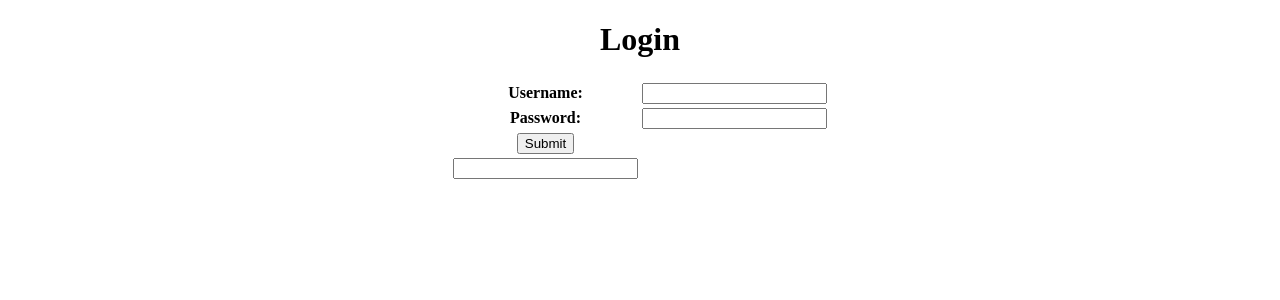
Repository: Sourabhmag/week-5
Page: http://localhost/LoginApp/login.jsp
The author's editor kept a copy of each file at every save. The page is drawn from the files as they stood at one save, then again after the next save.
The browser window is 1280 px wide. The pictures show the whole page.
The page is served by Tomcat 9.

Above is the page before, as saved 2019-11-06 10:38:31.

After the next save:
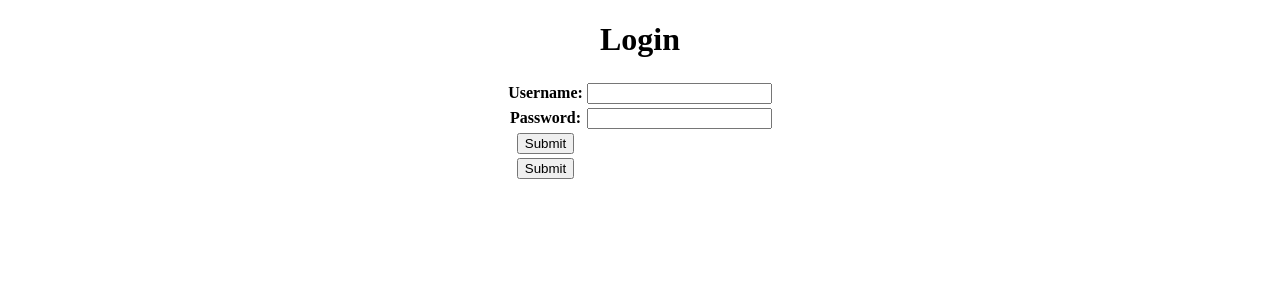
Saved 17 s later.
--- a/LoginApp/WebContent/login.jsp
+++ b/LoginApp/WebContent/login.jsp
@@ -20,7 +20,7 @@
 		<tr><th >Username:</th> <th ><input type="text" name="firstname"></th></tr>
 		<tr><th >Password:</th> <th ><input type="password" name="firstname"></th></tr>
 		<tr><th ><input type="submit" name="submit"></th></tr>
-		<tr><th ><input type="clear" name="clear"></th></tr>
+		<tr><th ><input type="submit" name="submit"></th></tr>
 
 
 
